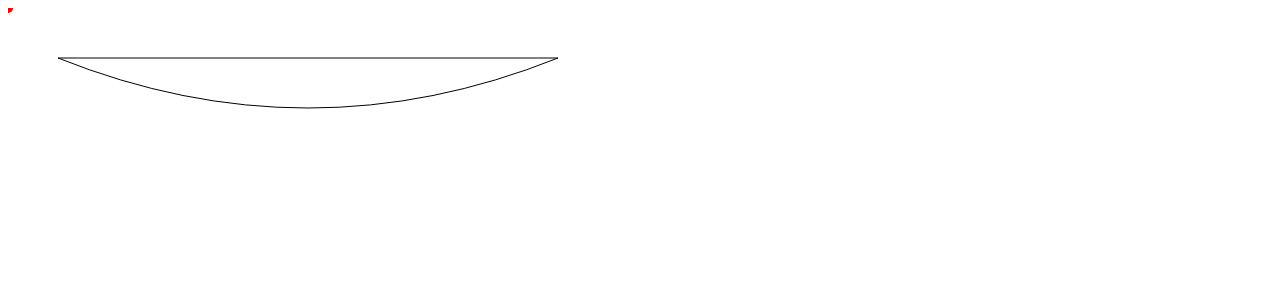
Repository: Chaimaa482/web2-tp1
Page: tp1_2.html
The author's editor kept a copy of each file at every save. The page is drawn from the files as they stood at one save, then again after the next save.
The browser window is 1280 px wide. The pictures show the whole page.

Above is the page before, as saved 2024-02-20 20:37:23.

### tp1_2.html
<!DOCTYPE html>
<html>
<head>
    <meta charset="UTF-8">
    <meta name="viewport" content="width=device-width, initial-scale=1.0">
    <title>Personalized Animation</title>
</head>

<body>
    <svg height="300" width="600">
        <path id="custom-path" d="M50 50 Q300 150 550 50 z" stroke="black" fill="none"/>

        <circle cx="0" cy="0" r="5" fill="red">
            <animateMotion dur="6s" repeatCount="indefinite">
                <mpath href="#custom-path" />
            </animateMotion>
        </circle>
    </svg>
</body>
</html>

After the next save:
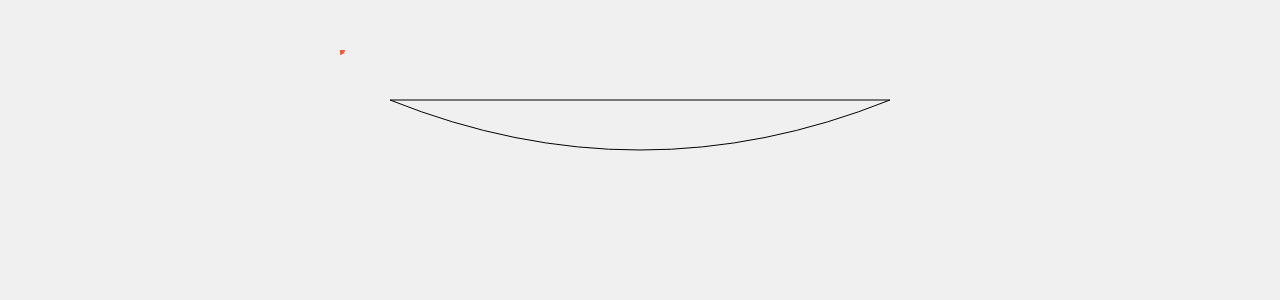
Saved 114 s later.
--- a/tp1_2.html
+++ b/tp1_2.html
@@ -1,9 +1,25 @@
 <!DOCTYPE html>
-<html>
+<html lang="en">
 <head>
     <meta charset="UTF-8">
     <meta name="viewport" content="width=device-width, initial-scale=1.0">
-    <title>Personalized Animation</title>
+    <title>Custom Animation</title>
+    <style>
+        body {
+            font-family: Arial, sans-serif;
+            background-color: #f0f0f0;
+            margin: 0;
+            padding: 0;
+        }
+        svg {
+            display: block;
+            margin: auto;
+            margin-top: 50px;
+        }
+        circle {
+            fill: #ff5733;
+        }
+    </style>
 </head>
 
 <body>
